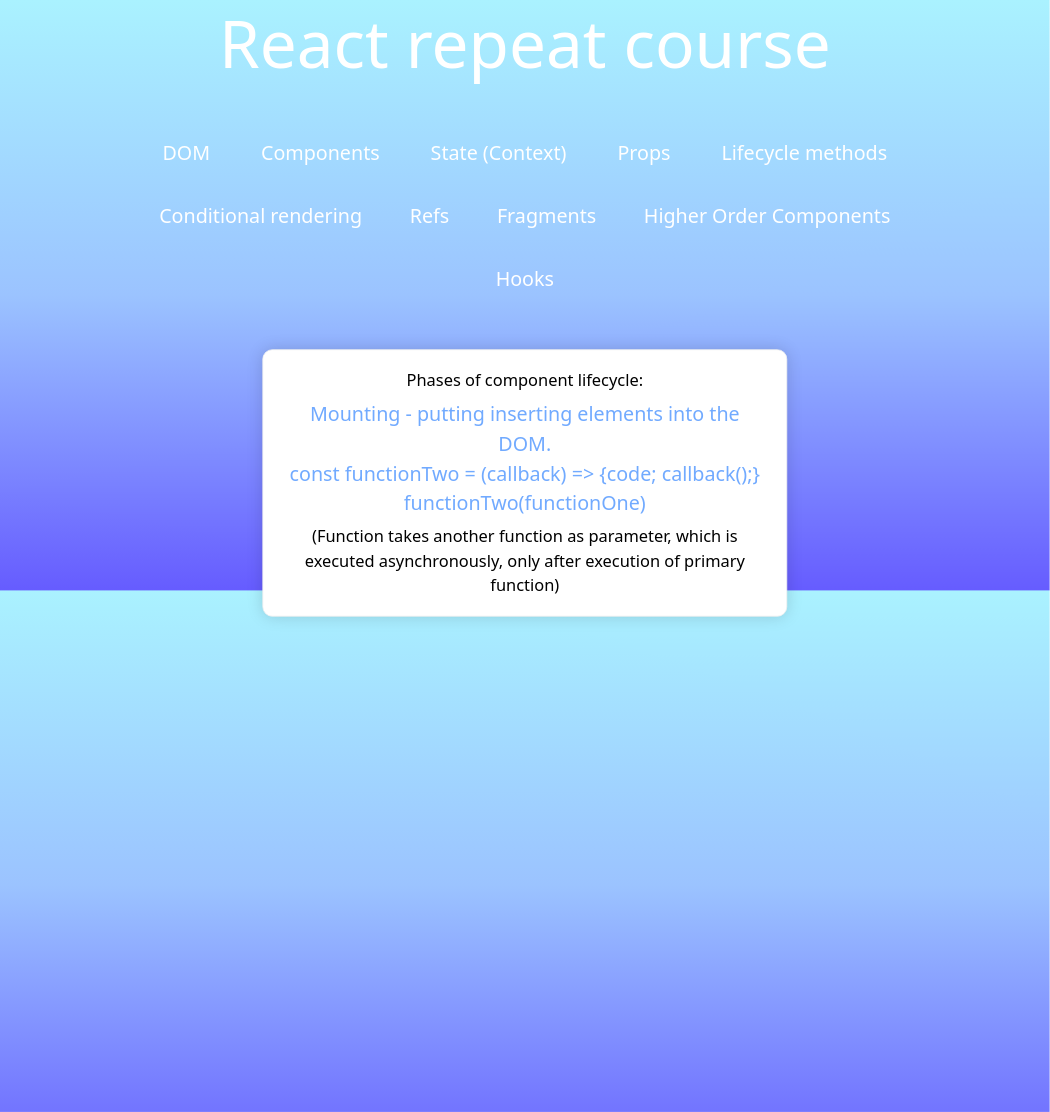
Repository: michalgornicki/github
Page: /#/Lifecycle
The author's editor kept a copy of each file at every save. The page is drawn from the files as they stood at one save, then again after a run of saves.
The browser window is 1280 px wide. The pictures show the whole page, at 82% of full size.
Backgrounds fixed to the window are drawn as part of the page. The project was rebuilt for these pictures with package versions that can differ from the ones it lists, and the page was loaded fresh each time. Also part of the build but not shown: src/components/dom.jsx, src/components/components.jsx, src/components/state.jsx, src/components/props.jsx, src/components/conditional.jsx, src/components/refs.jsx, src/components/fragments.jsx, src/components/hoc.jsx and 1 more.

Above is the page before, as saved 2022-02-07 13:05:04.

### src/App.jsx
import React from "react";
import "./App.css";
import "bootstrap/dist/css/bootstrap.min.css";
import { Route, HashRouter as Router, Routes, Link } from "react-router-dom";
import DOM from "./components/dom.jsx";
import Components from "./components/components.jsx";
import State from "./components/state.jsx";
import Props from "./components/props.jsx";
import Lifecycle from "./components/lifecycle.jsx";
import Conditional from "./components/conditional.jsx";
import Refs from "./components/refs.jsx";
import Fragments from "./components/fragments.jsx";
import HOC from "./components/hoc.jsx";
import Hooks from "./components/hooks.jsx";

const App = () => {
  return (
    <Router>
      <div className="text-center">
        <div className="display-1 mt-1 mb-5 text-white">React repeat course</div>

        <div className="h4 d-flex w-75 m-auto my-5 justify-content-evenly flex-wrap text-white">
          <Link className="link-style m-3" to="/">
            DOM
          </Link>
          <Link className="link-style m-3" to="/Components">
            Components
          </Link>
          <Link className="link-style m-3" to="/State">
            State (Context)
          </Link>
          <Link className="link-style m-3" to="/Props">
            Props
          </Link>
          <Link className="link-style m-3" to="/Lifecycle">
            Lifecycle methods
          </Link>
          <Link className="link-style m-3" to="/Conditional">
            Conditional rendering
          </Link>
          <Link className="link-style m-3" to="/Refs">
            Refs
          </Link>
          <Link className="link-style m-3" to="/Fragments">
            Fragments
          </Link>
          <Link className="link-style m-3" to="/HOC">
            Higher Order Components
          </Link>
          <Link className="link-style m-3" to="/Hooks">
            Hooks
          </Link>
        </div>

        <Routes>
          <Route path="/" element={<DOM />} />
          <Route path="/Components" element={<Components />} />
          <Route path="/State" element={<State />} />
          <Route path="/Props" element={<Props />} />
          <Route path="/Lifecycle" element={<Lifecycle />} />
          <Route path="/Conditional" element={<Conditional />} />
          <Route path="/Refs" element={<Refs />} />
          <Route path="/Fragments" element={<Fragments />} />
          <Route path="/HOC" element={<HOC />} />
          <Route path="/Hooks" element={<Hooks />} />
        </Routes>
      </div>
    </Router>
  );
};

export default App;

### src/App.css
@import url('https://fonts.googleapis.com/css2?family=Catamaran:wght@400&display=swap');

body{
    font-family: 'Catamaran', sans-serif;
    overflow-x: hidden;
    padding-bottom: 80vh;
    height: auto;
    background: linear-gradient(rgb(170, 242, 255), rgb(155, 195, 255), rgb(102, 92, 255));
    background-attachment: fixed;
}

.js-item{
    color:rgb(0, 0, 0);
    font-size: 1.25rem;
    background-color: white;
    transition: 0.2s;
    padding: 3vh;
    margin-bottom: 4vh!important;
    border: 1px solid rgb(240, 240, 240);
    width: 50%;
    margin-left: auto;
    margin-right: auto;
    box-shadow: 0px 0px 20px rgba(0, 0, 0, 0.15);
    border-radius: 0.75rem;
}

.js-item:hover{
    cursor: pointer;
    background-color: rgb(240, 240, 240);
}

.text-color{
    margin: auto;
    padding: 0.5rem;
    width: fit-content;
    color:rgb(113, 170, 255)!important;
    font-size: 1.5rem;
    border-radius: 1rem;
}

.link-style{
    color: inherit;
    text-decoration: inherit;
    padding: 0.5rem;
    border-radius: 0.5rem;
}

.link-style:hover{
    color: rgb(113, 170, 255);
    text-decoration: inherit;
}

@media only screen and (max-device-width: 600px), (max-width: 600px) {

    .js-item{
        width: 95%;
    }

}

### src/components/lifecycle.jsx
const Lifecycle = () => {
  return (
    <div className="">
      <div className="js-item">
        {" "}
        <div className="">Phases of component lifecycle: </div>
        <div className="text-color">
          {`Mounting - putting inserting elements into the DOM.`} <br />
          {`const functionTwo = (callback) => {code; callback();}`} <br />
          {`functionTwo(functionOne)`}{" "}
        </div>{" "}
        (Function takes another function as parameter, which is executed asynchronously, only after execution of primary function)
      </div>
    </div>
  );
};

export default Lifecycle;

Loaded but not shown: public/index.html (common file); src/index.js (common file); src/index.css (common file); src/reportWebVitals.js (common file)

After the next 4 saves:
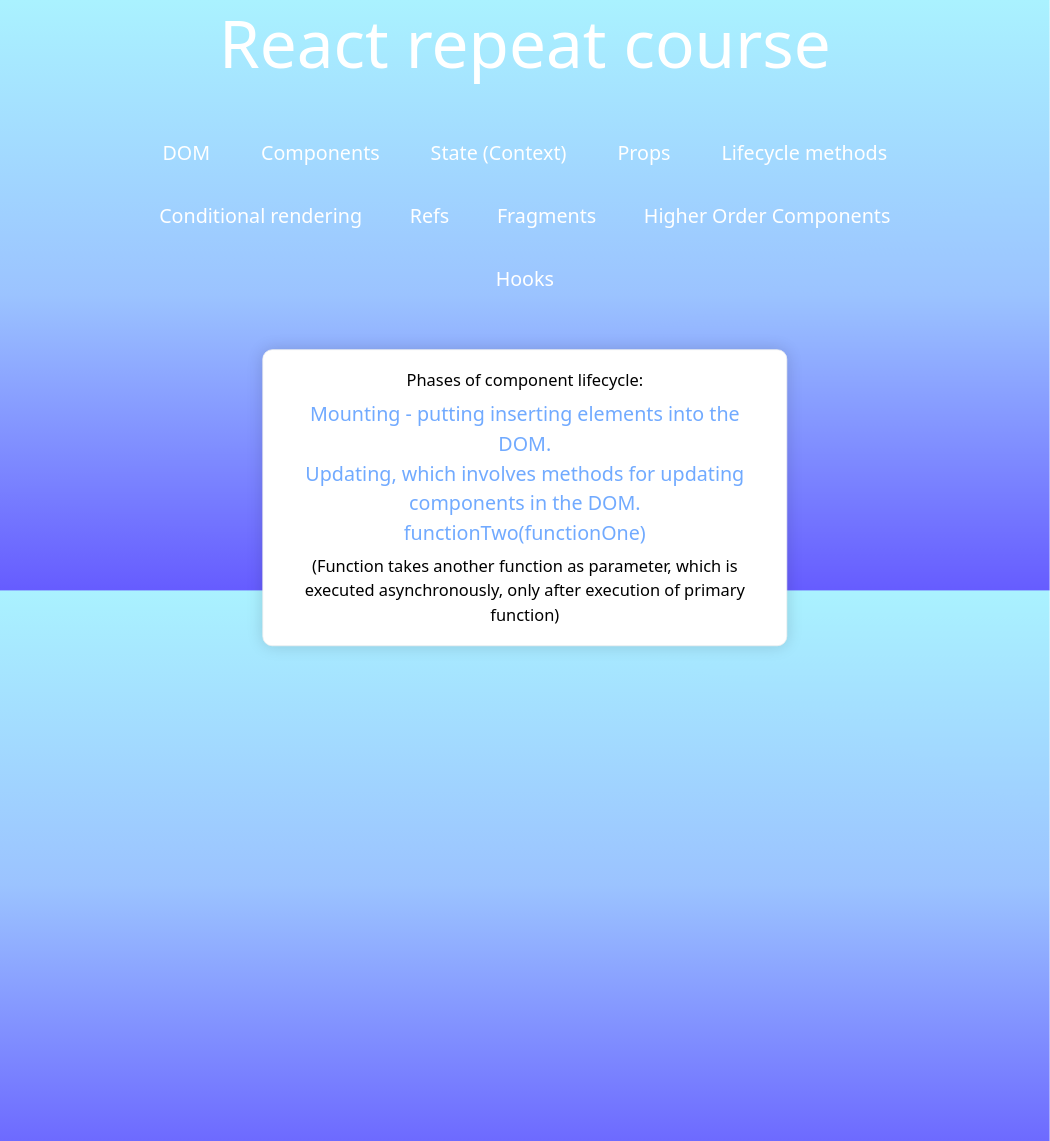
The 4 saves are shown as one change because they came seconds apart.
The last was saved 14 s later.
--- a/src/components/lifecycle.jsx
+++ b/src/components/lifecycle.jsx
@@ -6,7 +6,7 @@
         <div className="">Phases of component lifecycle: </div>
         <div className="text-color">
           {`Mounting - putting inserting elements into the DOM.`} <br />
-          {`const functionTwo = (callback) => {code; callback();}`} <br />
+          {`Updating, which involves methods for updating components in the DOM.`} <br />
           {`functionTwo(functionOne)`}{" "}
         </div>{" "}
         (Function takes another function as parameter, which is executed asynchronously, only after execution of primary function)
